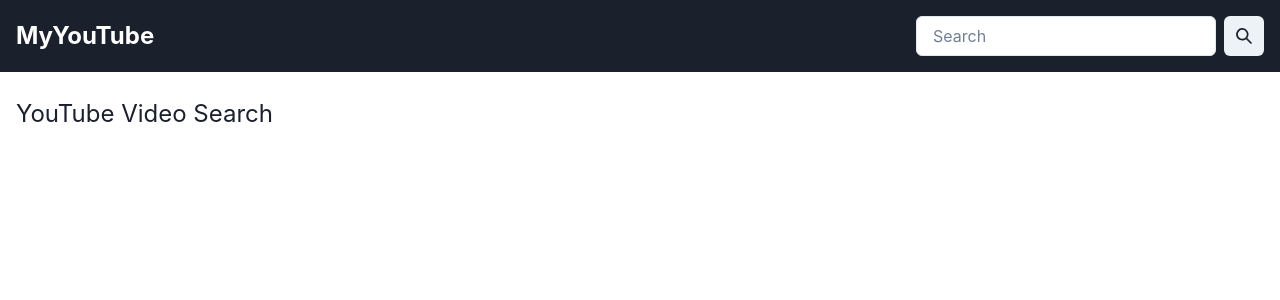
Repository: JuniorDevChris/YouTube-Engagement-Metrics
Page: /
These files come from the project's save history. The page is drawn as it stood at one moment and after a run of saves; the edit follows.
The browser window is 1280 px wide. The pictures show the whole page.
The project was rebuilt for these pictures with package versions that can differ from the ones it lists, and the page was loaded fresh each time. Also part of the build but not shown: vite.config.ts, src/components/VideoCard.tsx, src/App.css.

Above is the page before, as saved 2024-07-16 21:30:29.

After the next 2 saves:
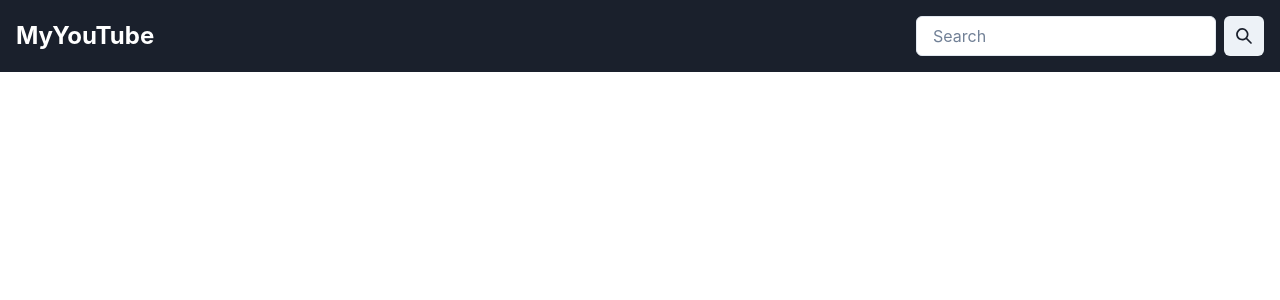
The 2 saves are shown as one change because they came seconds apart.
The last was saved 45 s later.
--- a/src/App.tsx
+++ b/src/App.tsx
@@ -72,9 +72,6 @@ function App() {
     <Box height="100vh" display="flex" flexDirection="column">
       <Navbar query={query} setQuery={setQuery} fetchVideos={fetchVideos} />
       <Box mt="80px" p={4} flex="1">
-        <Text fontSize="2xl" mb={4}>
-          YouTube Video Search
-        </Text>
         {error && (
           <Text color="red.500" mb={2}>
             {error}
